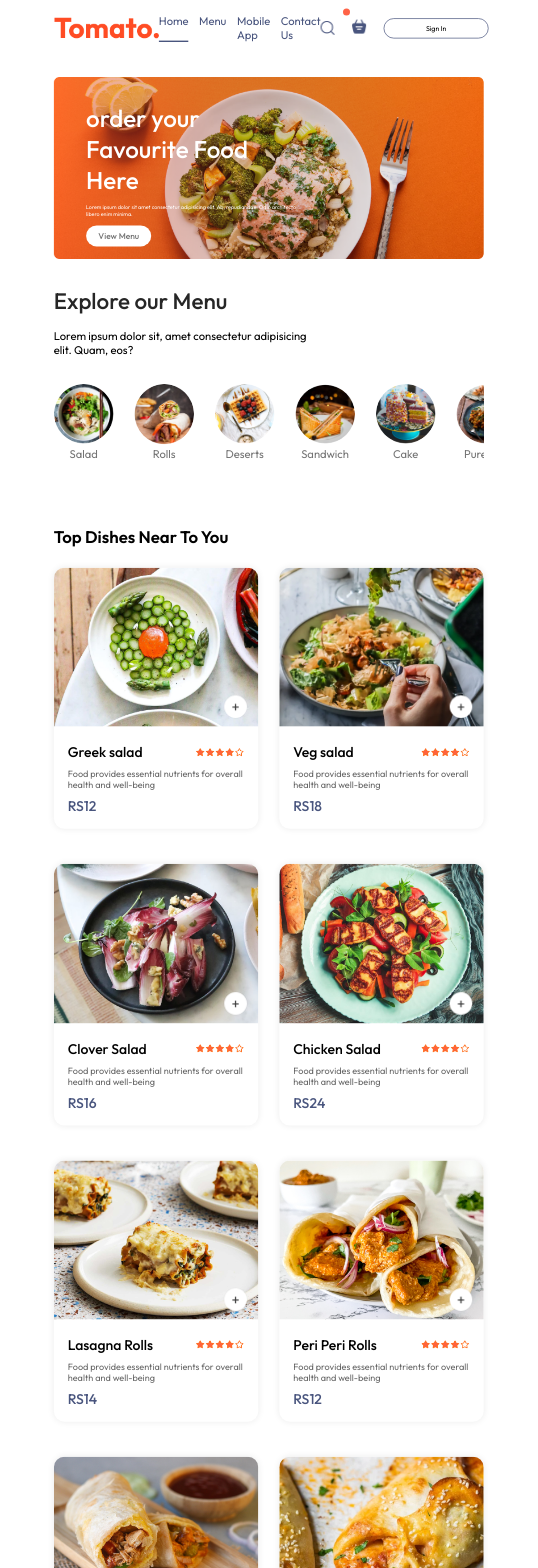
Repository: Attar786/Food-ordering-app
Page: / (app in frontend/)
The author's editor kept a copy of each file at every save. The page is drawn from the files as they stood at one save, then again after the next save.
The browser window is 768 px wide. The pictures show the part of the page from y = 0 to 2240 px (the page is 8437 px tall before and 8427 px after), at 70% of full size.
The project was rebuilt for these pictures with package versions that can differ from the ones it lists, and the page was loaded fresh each time. Also part of the build but not shown: frontend/vite.config.js, frontend/src/pages/Cart/Cart.css, frontend/src/pages/Cart/Cart.jsx, frontend/src/pages/PlaceOrder/PlaceOrder.css, frontend/src/pages/PlaceOrder/PlaceOrder.jsx.

Above is the page before, as saved 2024-07-29 14:43:54.

### frontend/src/main.jsx
import ReactDOM from 'react-dom/client'
import App from './App.jsx'
import './index.css'
import {BrowserRouter} from 'react-router-dom'
import StoreContextProvider from './context/StoreContext.jsx'
ReactDOM.createRoot(document.getElementById('root')).render(
<BrowserRouter>

<StoreContextProvider>
<App />
</StoreContextProvider>

    </BrowserRouter>
)

### frontend/src/App.jsx
import './index.css'
import Navbar from "./components/Navbar/Navbar"
import Home from './pages/Home/Home'
import Cart from './pages/Cart/Cart'
import PlaceOrder from './pages/PlaceOrder/PlaceOrder'
import { Route, Routes } from 'react-router-dom'
import Footer from './components/Footer/Footer'


function App() {

  return (
    <>

  <div className='app'>
  <Navbar/>
<Routes>
<Route path='/' element={<Home/>}/>
<Route path='/cart' element={<Cart/>}/>
<Route path='/order' element={<PlaceOrder/>}/>

</Routes>
  </div>
  <Footer/>
    </>
  )
}

export default App

### frontend/src/index.css
@import url('https://fonts.googleapis.com/css2?family=Outfit:wght@100..900&display=swap');


*{
margin: 0;
padding: 0;
 box-sizing: border-box;
 font-family: outfit;
}
body{
height: 100vh;
}
a{
text-decoration: none;
color : inherit;
}
.app{
    width: 80%;
    margin: auto;
}
@keyframes fadeIn{
    0%{
        opacity: 0;
    }
    100%{
        opacity: 1;
    }
}

### frontend/src/context/StoreContext.jsx
import './StoreContext.css';
import { createContext, useEffect, useState } from 'react';
import { food_list } from '../assets/assets'; // Ensure this path is correct and food_list is correctly exported

export const StoreContext = createContext(null);

const StoreContextProvider = (props) => {
  const [cartItems, setCartItems] = useState({});

  const addToCart = (itemId) => {
    if (!cartItems[itemId]) {
      setCartItems((prev) => ({ ...prev, [itemId]: 1 }));
    } else {
      setCartItems((prev) => ({ ...prev, [itemId]: prev[itemId] + 1 }));
    }
  };

  const removeFromCart = (itemId) => {
    setCartItems((prev) => {
      const newCount = prev[itemId] - 1;
      if (newCount <= 0) {
        const { [itemId]: _, ...rest } = prev;
        return rest;
      } else {
        return { ...prev, [itemId]: newCount };
      }
    });
  };

  useEffect(() => {
    console.log(cartItems);
  }, [cartItems]);

  const contextValue = {
    food_list,
    cartItems,
    setCartItems,
    addToCart,
    removeFromCart,
  };

  return (
    <StoreContext.Provider value={contextValue}>
      {props.children}
    </StoreContext.Provider>
  );
};

export default StoreContextProvider;

### frontend/src/components/Navbar/Navbar.jsx
import { useState } from 'react';
import './Navbar.css';
import { assets } from '../../assets/assets';

const Navbar = () => {
  const [menu, setMenu] = useState("home");

  const handleMenuClick = (menuItem) => {
    setMenu(menuItem);
  };

  return (
    <div className="Navbar">
      <img src={assets.logo} alt="Logo" className="logo" />
      <ul className="navbar-menu">
        <li onClick={() => handleMenuClick("home")} className={menu === "home" ? "active" : ""}>Home</li>
        <li onClick={() => handleMenuClick("menu")} className={menu === "menu" ? "active" : ""}>Menu</li>
        <li onClick={() => handleMenuClick("mobile-app")} className={menu === "mobile-app" ? "active" : ""}>Mobile App</li>
        <li onClick={() => handleMenuClick("contact-us")} className={menu === "contact-us" ? "active" : ""}>Contact Us</li>
      </ul>
      <div className="navbar-right">
        <img src={assets.search_icon} alt="search-icon" />
        <div>
          <img src={assets.basket_icon} alt="icons" />
          <div className="dot"></div>
        </div>
        <button>Sign In</button>
      </div>
    </div>
  );
}

export default Navbar;

### frontend/src/pages/Home/Home.jsx
import {useState} from 'react'
import Header from '../../components/Header/Header'
import ExploreMenu from '../../components/ExploreMenu/ExploreMenu'
import './Home.css'
import FoodDisplay from '../../components/FoodDisplay/FoodDisplay'
import AppDownload from '../../components/AppDownload/AppDownload'

const Home = () => {
    const [category , setCategory ] = useState('All')
  return (
    <>
<Header/>
<ExploreMenu category={category} setCategory={setCategory}/>
<FoodDisplay category={category} />
<AppDownload/>

</>
)
}

export default Home

### frontend/src/components/Footer/Footer.jsx
import "./Footer.css"
import { assets } from "../../assets/assets"
const Footer = () => {
  return (
    <div className="footer" id="footer">
<div className="footer-content">
    <div className="footer-content-left">
        <img src={assets.logo} alt="fsf" />
    <p>  Lorem ipsum dolor icta fugit magnam temporibus aperiam autem sit optio blanditiis similique distinctio minima quia commodi consequuntur. Lorem ipsum dolor sit consectetur adipisicing elit. Iste, ex.</p>
    <div className="footer-social-icons">
        <img src={assets.facebook_icon} alt="" />
        <img src={assets.twitter_icon} alt="" />
        <img src={assets.linkedin_icon} alt="" />
    </div>

    </div>
    <div className="footer-content-center">
    <h1>Company</h1>
        <ul>
        <li>Home</li>
        <li>AboutUs</li>
        <li>Delivery</li>
        <li>Privacy Policy</li>
        </ul>
    </div>
    <div className="footer-content-right">
        <h2>Get In Touch</h2>
        <ul>
            <li>
                +923333333333
            </li>
            <li>
                contact@gmail.com
            </li>
        </ul>
    </div>
</div>
<hr/>
<p className="footer-copyright">
copyright 2024 All right restricted
</p>

    </div>
  )
}

export default Footer

### frontend/src/components/Navbar/Navbar.css
.Navbar{
    padding: 20px 0;
    display: flex;
    justify-content: space-between;
    align-items: center;
}
.Navbar .logo{
    width: 150px;
}
.navbar-menu{
    display: flex;
    list-style: none;
    gap: 20px;
    font: 18px;
    color: #49557e;
    cursor: pointer;
}
.navbar-right{
    display: flex;
    align-items: center;
    gap: 25px;

}
.Navbar button{
    font-size: 15px;
    border: 1px solid #49557e;
    background: transparent;
    padding: 10px 25px;
    cursor: pointer;
    border-radius: 40px;
    transition: 0.3s;
}
.Navbar button:hover{
    background-color: #fff4f2;
}
.Navbar .navbar-menu .active{
    padding-bottom: 2px;
    border-bottom: 2px solid #49557e;

}
.search-icon{
    position: relative;
}
/* .search-icon .dot{ */
    /* position: absolute;
    top: -5px;
    right: -5px;
    width: 10px;
    height: 10px;
    background-color: blue;
    border-radius: 50%;
} */
.dot {
    position: absolute;
    top: 12px; /* Adjust as needed */
    right: 268px; /* Adjust as needed */
    width: 10px;
    height: 10px;
    background-color: tomato;
    border-radius: 50%;}
    @media (max-width: 1050px)
    {
        .navbar .log{
            width: 140px;
        }
        .navbar-menu{
            gap: 20px;
            font-size: 17px;
        }
        .nav-right {
            gap: 30px;
        };
        .navbar-right img{
            width: 22px;
        }
        .navbar-right button{
            padding: 8px 25px;
        };

    }

    @media (max-width: 900px)
    {
        .navbar .log{
            width: 120px;
        }
        .navbar-menu{
            gap: 15px;
            font-size: 16px;
        }
        .nav-right {
            gap: 20px;
        }
        .navbar-right img{
            width: 20px;
        }
        .navbar-right button{
            width: 150px;
            padding: 7px 15px;
            font-size: 10px;
        }
    }

    @media (max-width: 750px)
    {

        .navbar-menu{
            display: none;;
        }
    }

### frontend/src/components/Header/Header.jsx
import "./Header.css";
const Header = () => {
  return (
    <div className="header">
      <div className="header-contents">
        <h2>order your Favourite Food Here</h2>
        <p>
          Lorem ipsum dolor sit amet consectetur adipisicing elit. Ab,
          repudiandae. Odio architecto libero enim minima.
        </p>
        <button>View Menu</button>
      </div>
    </div>
  );
};

export default Header;

### frontend/src/components/ExploreMenu/ExploreMenu.jsx
import './ExploreMenu.css'
import { menu_list } from '../../assets/assets';
import PropTypes from 'prop-types'
const ExploreMenu = ({ category, setCategory }) => {
  return (
    <div className='explore-menu' id='explore-menu'>
      <h1 className='explore-menu-title'>Explore our Menu</h1>
      <p className='explore-menu-text'>Lorem ipsum dolor sit, amet consectetur adipisicing elit. Quam, eos?</p>
      <div className='explore-menu-list'>
        {menu_list.map((item, index) => {
          return (
            <div onClick={() => setCategory(prev => prev === item.menu_name ? "All" : item.menu_name)} key={index} className='explore-menu-list-item'>
              <img className={category === item.menu_name ? "active" : ""} src={item.menu_image} alt="" />
              <p>{item.menu_name}</p>
            </div>
          )
        })}
      </div>
      <hr />
    </div>
  )
}
    ExploreMenu.propTypes = {
    category: PropTypes.string.isRequired,
    setCategory: PropTypes.func.isRequired,
  };

export default ExploreMenu;

### frontend/src/components/FoodDisplay/FoodDisplay.jsx
import { useContext } from 'react';
import './FoodDisplay.css';
import { StoreContext } from '../../context/StoreContext';
import FoodItem from '../FoodItem/FoodItem';

const FoodDisplay = ({ category }) => {
  const { food_list = [] } = useContext(StoreContext); // Provide a default value

  if (!food_list.length) {
    return <div>Loading...</div>; // Handle loading state or error
  }

  return (
    <div className='food-display' id='food-display'>
      <h2>Top Dishes Near To You</h2>
      <div className='food-display-list'>
        {food_list
          .filter(item => category === "All" || category === item.category)
          .map((item, index) => (
            <FoodItem
              key={index}
              id={item._id}
              name={item.name}
              description={item.description}
              price={item.price}
              image={item.image}
            />
          ))}
      </div>
    </div>
  );
};

export default FoodDisplay;

### frontend/src/components/AppDownload/AppDownload.jsx
import { assets } from "../../assets/assets"
import "./AppDownload.css"
const AppDownload = () => {
  return (
    <div className="app-download" id="app-download">
      <p>Fore Better Experience<br />Download our app</p>
    <div className="app-download-platforms">
        <img src={assets.play_store} alt="" />
        <img src={assets.app_store} alt="" />
    </div>


    </div>
  )
}

export default AppDownload

### frontend/src/components/Footer/Footer.css
.footer {
    color: #d9d9d9;
    background-color: hsl(0, 0%, 20%);
    display: flex;
    flex-direction: column;
    align-items: center;
    gap: 20px;
    padding: 30px 8vw; /* Fixed padding syntax */
    padding-top: 40px;
    margin-top: 100px;
}

.footer-content {
    width: 100%;
    display: grid;
    grid-template-columns: 2fr 1fr 1fr;
    gap: 80px;
}

.footer-content-left, .footer-content-center, .footer-content-right {
    display: flex;
    flex-direction: column;
    align-items: start;
    gap: 20px;
}

.footer-content-left li, .footer-content-center li, .footer-content-right li {
    list-style: none;
    cursor: pointer;
}
.footer-content-center h2, .footer-content-right h2 {
    color: white;
}
.footer-social-icons img {
width: 40px;
margin: 15px;
}
.footer hr{
    width: 100%;
    height: 2px;
    margin: 20px 0;
    background-color : gray;
    border: none;
}

### frontend/src/components/Header/Header.css
.header{
    height: 35vw;
    margin: 30px auto;
    background: url('/header_img.png') no-repeat;
    background-size: contain;
    position: relative;
}
.header-contents{
position: absolute;
display: flex;
flex-direction: column;
align-items: start;
gap: 1.5vw;
max-width: 50%;
bottom: 10%;
left: 6vw;
animation: fadeIn 3s;
}

.header-contents h2{
    font-weight: 500;
    color: white;
    font-size: max(4.5vw, 22px);
}
.header-contents p{
    color: white;
    font-size: 1vw;

}
.header-contents button{
    font-weight: 500;
    color: #747474;
    border: none;
    padding: 1vw 2.3vw;
    background-color: white;
    border-radius: 50px;
    font-size: max(1vw,12px);


}

### frontend/src/components/ExploreMenu/ExploreMenu.css
.explore-menu{
    display: flex;
    flex-direction: column;
    gap: 20px;
}
.explore-menu h1{
    color: #262626;
    font-weight: 500;
}
.explore-menu-text{
    max-width: 60%;
    columns: #808080;
}
.explore-menu-list {
    display: flex;
    justify-content: space-between;
    align-items:center;
    gap: 30px;
    text-align: center;
    margin: 20px 0px;
    overflow: scroll;
}
.explore-menu-list::-webkit-scrollbar{
    display: none;
}
.explore-menu-list-item img{
    width: 7.5vw;
    min-width: 85px;
    cursor: pointer;
    border-radius: 50%;
    transition: 0.3s;
}

.explore-menu-list-item p{
    cursor: pointer;
    color: #747474;
    font-size: max(1.4vw, 16px)
}
.explore-menu hr{
    margin: 10px 0px;
    height: 2px;
    color: #e2e2e2;
    border: none;
}
.explore-menu-list-item .active{
    border:3px solid tomato;
    padding: 2px;
}

### frontend/src/components/FoodDisplay/FoodDisplay.css
.food-display{
    margin-top: 30px;
}
.food-display h2{
    font-size: max(2vw, 24px);
    font-weight: 600;
}
.food-display-list{
    display: grid;
    grid-template-columns: repeat(auto-fill,minmax(240px,1fr));
    margin-top: 30px;
    gap: 30px;
    row-gap: 50px;
}

### frontend/src/components/FoodItem/FoodItem.jsx
import './FoodItem.css';
import { assets } from '../../assets/assets';
import { useContext } from 'react';
import { StoreContext } from '../../context/StoreContext';

const FoodItem = ({ id, name, price, description, image }) => {
  const { cartItems, addToCart, removeFromCart } = useContext(StoreContext);

  return (
    <div className='food-item'>
      <div className='food-item-img-container'>
        <img className='food-item-image' src={image} alt={name} />
        {
          !cartItems[id]
            ? <img className='add' onClick={() => addToCart(id)} src={assets.add_icon_white} alt="" />
            : <div className='food-item-counter'>
                <img onClick={() => removeFromCart(id)} src={assets.remove_icon_red} alt="" />
                <p>{cartItems[id]}</p>
                <img onClick={() => addToCart(id)} src={assets.add_icon_green} alt="" />
              </div>
        }
      </div>
      <div className='food-item-info'>
        <div className='food-item-name-rating'>
          <p>{name}</p>
          <img src={assets.rating_starts} alt="Rating" />
        </div>
        <p className='food-item-description'>
          {description}
        </p>
        <p className='food-item-price'>RS{price}</p>
      </div>
    </div>
  );
};

export default FoodItem;

### frontend/src/components/AppDownload/AppDownload.css
.app-download{
    margin: auto auto;
    margin-top: 100px;
    font-size: max(3vw, 15px);
    text-align: center;
    font-weight: 500;
}
.app-download-platforms
{
display: flex;
justify-content: center;
gap: max(2vw, 10px);
margin-top: 40px;

}
.app-download-platforms img{
    cursor: pointer;
    width: 150px;
}
.app-download-platforms img:hover{
   transform: scale(1.05);
   transition: 2s ease-in-out;
}

### frontend/src/components/FoodItem/FoodItem.css
.food-item{
    width: 100%;
    border-radius: 15px;
    box-shadow: 0px 0px 10px #00000015;
    transition: 0.3s;
    animation: fadeIn 1s;
}
.food-item-image{
    width: 100%;
    border-radius : 15px 15px 0px 0px;
}

.food-item-info{
    padding: 20px;
}
.food-item-name-rating{
    display: flex;
    justify-content: space-between;
    align-items: center;
    margin-bottom: 10px;
}
.food-item-name-rating p{
    font-size: 20px;
    font-weight: 500;

}
.food-item-name-rating img {
    width: 70px;

}
.food-item-description{
    color: #676767;
    font-size: 13px;
}
.food-item-price{
    margin-top: 10px;
    color: #49557e;
    font-size: 20px;
    font-weight: 500;
}
.food-item-img-container{
    position: relative;
}

.food-item-img-container .add{
    width: 35px;
    position:absolute;
    bottom: 15px;
    right: 15px;
    cursor: pointer;
    border-radius: 50%;
}
.food-item-counter{
    position: absolute;
    bottom: 15px;
    right: 15px;
    background-color: white;
    display: flex;
    align-items: center;
    gap: 10px;
    cursor: pointer;
    padding: 6px;
    border-radius:50px;

}
.food-item-counter img{
    width: 30px;
}

Loaded but not shown: frontend/index.html (common file); frontend/src/assets/assets.js (350 lines, source omitted); frontend/src/context/StoreContext.css (no stored copy; drawn as an empty file); frontend/src/pages/Home/Home.css (no stored copy; drawn as an empty file)

After the next save:
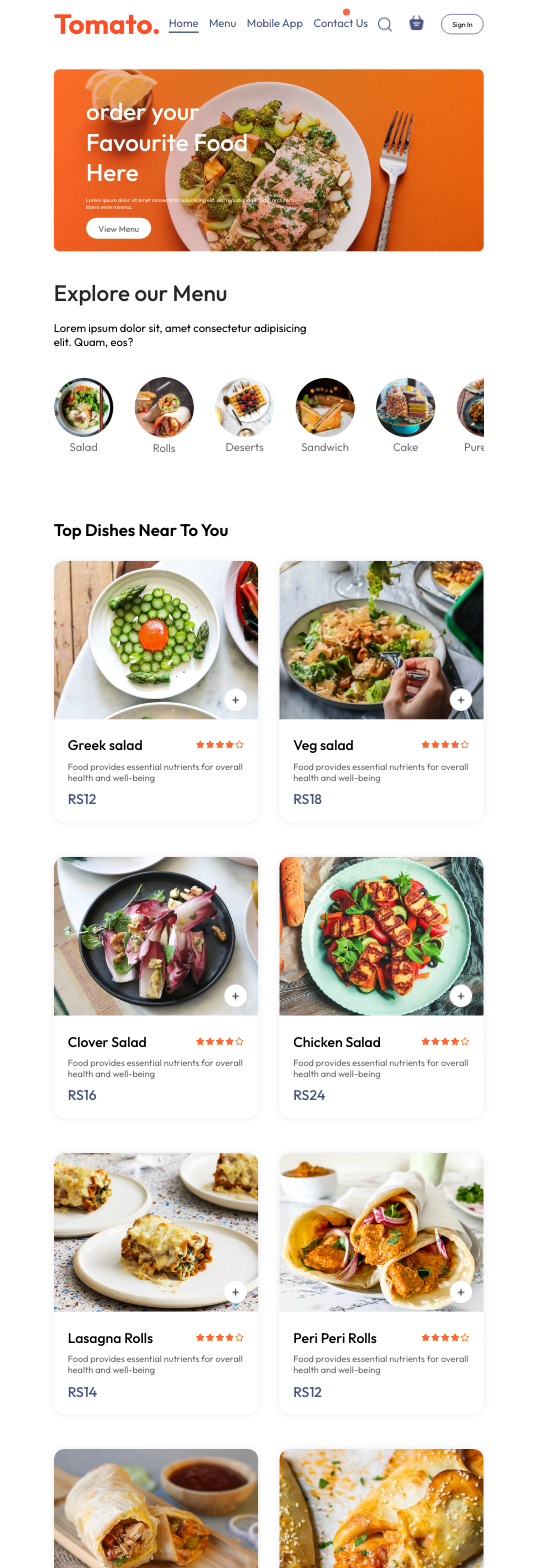
Saved 10 s later.
--- a/frontend/src/components/Navbar/Navbar.css
+++ b/frontend/src/components/Navbar/Navbar.css
@@ -95,7 +95,7 @@
             width: 20px;
         }
         .navbar-right button{
-            width: 150px;
+            /* width: 15px; */
             padding: 7px 15px;
             font-size: 10px;
         }
